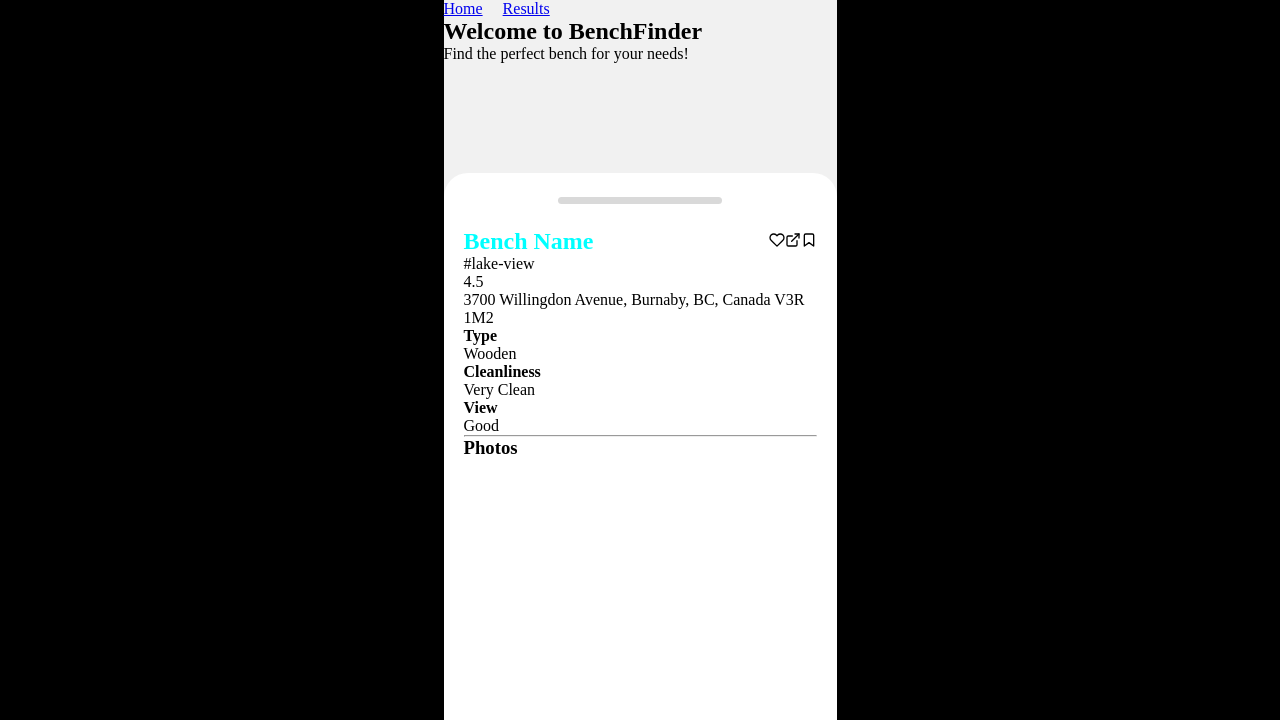
Repository: HidayatPatil/BenchFinder
Page: /
The author's editor kept a copy of each file at every save. The page is drawn from the files as they stood at one save, then again after the next save.
The browser window is 1280 px wide. The pictures show the whole page.
The project was rebuilt for these pictures with package versions that can differ from the ones it lists, and the page was loaded fresh each time. Also part of the build but not shown: vite.config.js, src/Results.jsx.

Above is the page before, as saved 2025-10-09 21:13:46.

After the next save:
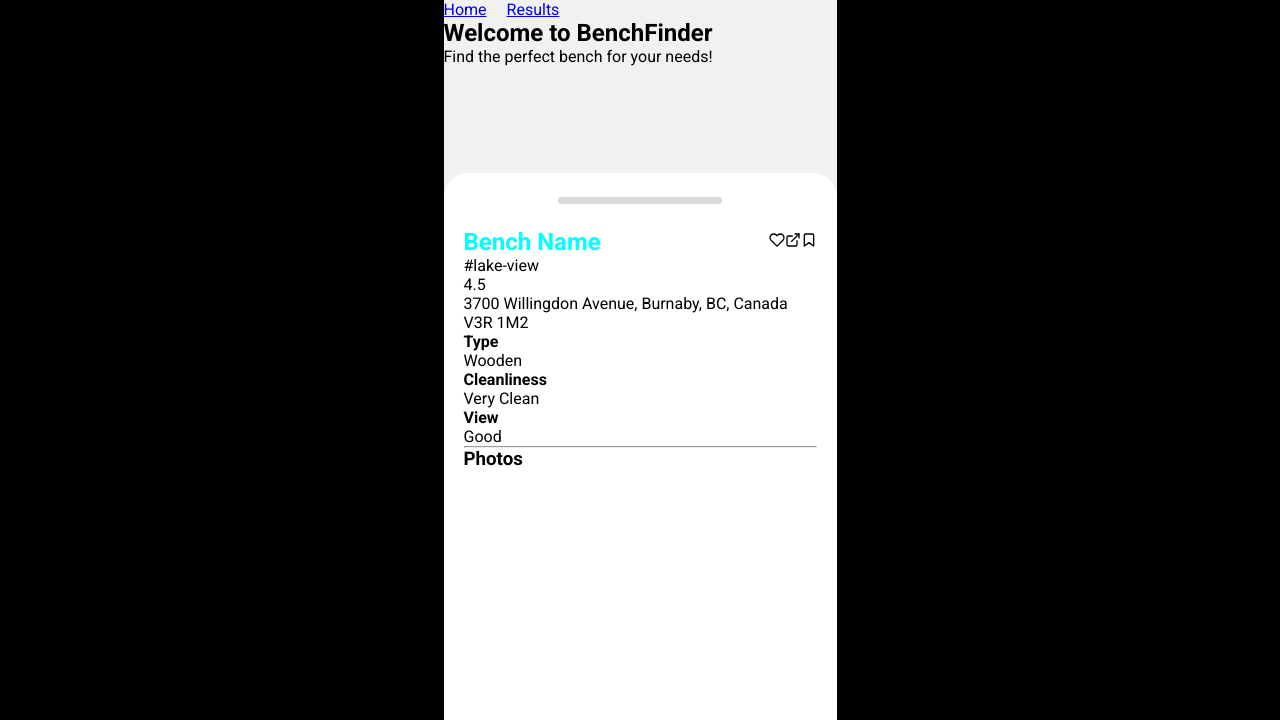
Saved 36 s later.
--- a/src/index.css
+++ b/src/index.css
@@ -15,6 +15,7 @@ body, html {
     display: flex;
     justify-content: center;
     align-items: center;
+    font-family: 'Roboto', sans-serif;
 }
 
 #root {
